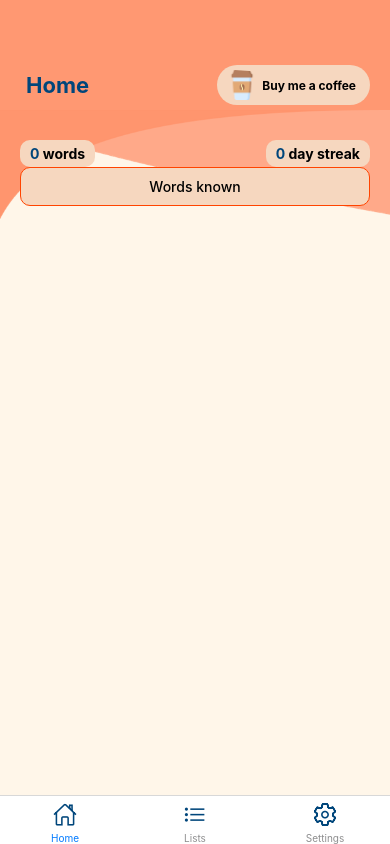
Repository: David-Waite/SpellingApp
Screen: /
These files come from the project's save history. The screen is drawn as it stood at one moment and after the next save; the edit follows.
The app was drawn by React Native's web renderer in a window 390 px wide. The project was rebuilt for these pictures with package versions that can differ from the ones it lists, and the page was loaded fresh each time. Also part of the build but not shown: screens/Settings.js, screens/SpellWord.js, screens/WordsLearnt.js, screens/WordListOverview.js, screens/WordLists.js, screens/Donate.js.

Above is the screen before, as saved 2023-06-22 22:24:38.

After the next save:
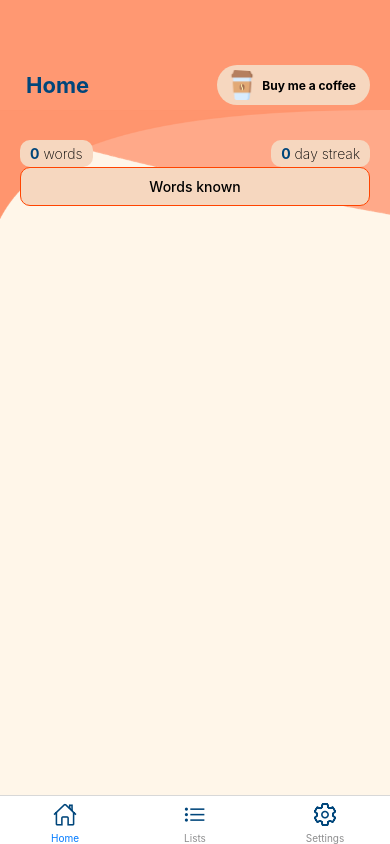
Saved 18 s later.
--- a/components/ui/Home/StatBtn.js
+++ b/components/ui/Home/StatBtn.js
@@ -30,5 +30,6 @@ const styles = StyleSheet.create({
   },
   text: {
     color: "black",
+    fontWeight: 200,
   },
 });
